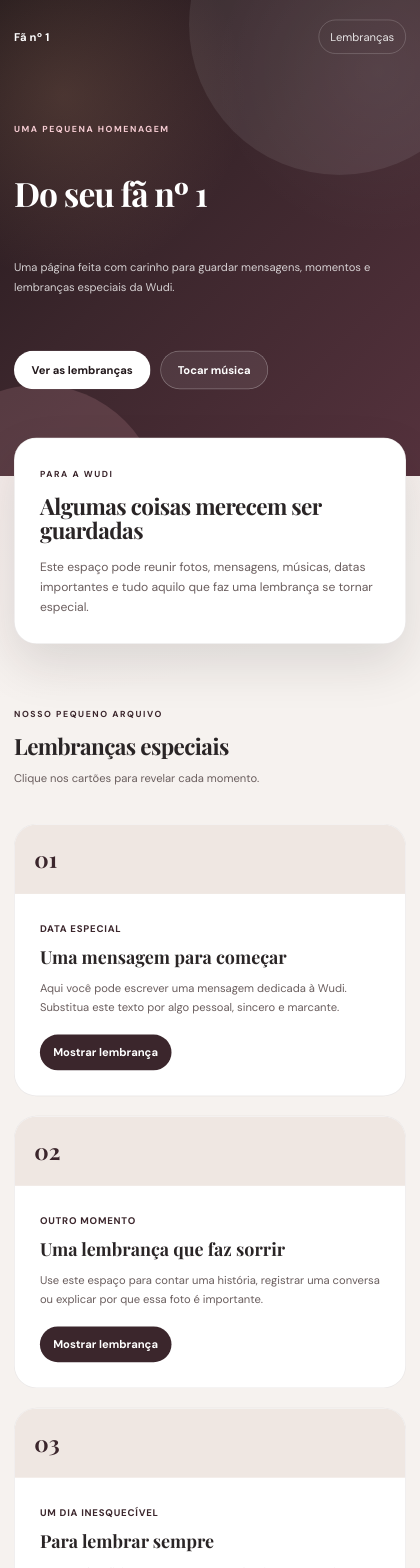
Repository: rrresck/do-seu-fa-numero-1
Page: index.html
These files come from the project's save history. The page is drawn as it stood at one moment and after the next save; the edit follows.
The browser window is 600 px wide. The pictures show the part of the page from y = 0 to 2240 px (the page is 3087 px tall before and 3132 px after), at 70% of full size.

Above is the page before, as saved 2026-07-24 15:40:25.

### index.html
<!DOCTYPE html>
<html lang="pt-BR">
<head>
    <meta charset="UTF-8">
    <meta
        name="viewport"
        content="width=device-width, initial-scale=1.0"
    >

    <meta
        name="description"
        content="Uma página especial feita para a Wudi, pelo seu fã número 1."
    >

    <title>Do seu fã número 1</title>

    <link rel="preconnect" href="https://fonts.googleapis.com">
    <link rel="preconnect" href="https://fonts.gstatic.com" crossorigin>

    <link
        href="https://fonts.googleapis.com/css2?family=DM+Sans:wght@400;500;600;700&family=Playfair+Display:wght@600;700&display=swap"
        rel="stylesheet"
    >

    <link rel="stylesheet" href="css/styles.css">
</head>

<body>
    <header class="hero">
        <nav class="navigation container">
            <a href="#inicio" class="logo">
                Fã nº 1
            </a>

            <a href="#lembrancas" class="navigation-link">
                Lembranças
            </a>
        </nav>

        <div class="hero-content container" id="inicio">
            <span class="eyebrow">Uma pequena homenagem</span>

            <h1>Do seu fã nº 1</h1>

            <p class="hero-description">
                Uma página feita com carinho para guardar mensagens,
                momentos e lembranças especiais da Wudi.
            </p>

            <div class="hero-actions">
                <a href="#lembrancas" class="button button-primary">
                    Ver as lembranças
                </a>

                <button
                    type="button"
                    class="button button-secondary"
                    id="musicButton"
                    aria-pressed="false"
                >
                    Tocar música
                </button>
            </div>
        </div>

        <div class="hero-decoration" aria-hidden="true">
            <span>✦</span>
            <span>♡</span>
            <span>✦</span>
        </div>
    </header>

    <main>
        <section class="intro-section container">
            <div class="intro-card">
                <span class="section-label">Para a Wudi</span>

                <h2>Algumas coisas merecem ser guardadas</h2>

                <p>
                    Este espaço pode reunir fotos, mensagens, músicas,
                    datas importantes e tudo aquilo que faz uma lembrança
                    se tornar especial.
                </p>
            </div>
        </section>

        <section
            class="memories-section container"
            id="lembrancas"
        >
            <div class="section-heading">
                <span class="section-label">Nosso pequeno arquivo</span>
                <h2>Lembranças especiais</h2>
                <p>
                    Clique nos cartões para revelar cada momento.
                </p>
            </div>

            <div class="memories-grid">
                <article class="memory-card">
                    <div class="memory-number">01</div>

                    <div class="memory-content">
                        <time datetime="2026-01-01">
                            Data especial
                        </time>

                        <h3>Uma mensagem para começar</h3>

                        <p>
                            Aqui você pode escrever uma mensagem dedicada
                            à Wudi. Substitua este texto por algo pessoal,
                            sincero e marcante.
                        </p>

                        <button
                            type="button"
                            class="reveal-button"
                            data-target="memoryImage1"
                        >
                            Mostrar lembrança
                        </button>

                        <div
                            class="memory-image-wrapper"
                            id="memoryImage1"
                            hidden
                        >
                            <img
                                src="img/foto-1.jpg"
                                alt="Primeira lembrança dedicada à Wudi"
                            >
                        </div>
                    </div>
                </article>

                <article class="memory-card">
                    <div class="memory-number">02</div>

                    <div class="memory-content">
                        <time datetime="2026-01-02">
                            Outro momento
                        </time>

                        <h3>Uma lembrança que faz sorrir</h3>

                        <p>
                            Use este espaço para contar uma história,
                            registrar uma conversa ou explicar por que
                            essa foto é importante.
                        </p>

                        <button
                            type="button"
                            class="reveal-button"
                            data-target="memoryImage2"
                        >
                            Mostrar lembrança
                        </button>

                        <div
                            class="memory-image-wrapper"
                            id="memoryImage2"
                            hidden
                        >
                            <img
                                src="img/foto-2.jpg"
                                alt="Segunda lembrança dedicada à Wudi"
                            >
                        </div>
                    </div>
                </article>

                <article class="memory-card">
                    <div class="memory-number">03</div>

                    <div class="memory-content">
                        <time datetime="2026-01-03">
                            Um dia inesquecível
                        </time>

                        <h3>Para lembrar sempre</h3>

                        <p>
                            Você pode adicionar quantos cartões desejar.
                            Basta copiar este bloco e alterar o texto,
                            a data e o endereço da imagem.
                        </p>

                        <button
                            type="button"
                            class="reveal-button"
                            data-target="memoryImage3"
                        >
                            Mostrar lembrança
                        </button>

                        <div
                            class="memory-image-wrapper"
                            id="memoryImage3"
                            hidden
                        >
                            <img
                                src="img/foto-3.jpg"
                                alt="Terceira lembrança dedicada à Wudi"
                            >
                        </div>
                    </div>
                </article>
            </div>
        </section>

        <section class="closing-section">
            <div class="container">
                <div class="closing-card">
                    <span class="closing-symbol" aria-hidden="true">
                        ♡
                    </span>

                    <h2>Feito para a Wudi</h2>

                    <p>
                        Porque algumas pessoas merecem páginas inteiras,
                        não apenas mensagens rápidas.
                    </p>

                    <span class="signature">
                        — Do seu fã número 1
                    </span>
                </div>
            </div>
        </section>
    </main>

    <footer>
        <div class="container footer-content">
            <p>
                Feito com carinho para a Wudi.
            </p>

            <a href="#inicio">
                Voltar ao início
            </a>
        </div>
    </footer>

    <audio id="backgroundMusic" loop>
        <source src="audio/musica.mp3" type="audio/mpeg">
    </audio>

    <script src="script.js"></script>
</body>
</html>

### css/styles.css
:root{
    --background:#F6F2EF;
    --surface:#FFFFFF;
    --surface-soft:#EFE7E2;

    --primary:#3B262C;
    --primary-dark:#22181B;

    --accent:#B78969;

    --text:#2A2526;
    --text-soft:#6A5E5E;

    --border:rgba(59,38,44,.10);

    --shadow:
        0 30px 70px rgba(34,24,27,.12);

    --radius-large:32px;
    --radius-medium:20px;
    --radius-small:12px;

    --container:1180px;
}

* {
    box-sizing: border-box;
    margin: 0;
    padding: 0;
}

html {
    scroll-behavior: smooth;
}

body {
    min-height: 100vh;
    overflow-x: hidden;
    background:
        radial-gradient(
            circle at top left,
            rgba(217, 154, 164, 0.22),
            transparent 32%
        ),
        var(--background);
    color: var(--text);
    font-family: "DM Sans", sans-serif;
    line-height: 1.7;
}

img {
    display: block;
    width: 100%;
    height: auto;
}

button,
a {
    font: inherit;
}

button {
    cursor: pointer;
}

a {
    color: inherit;
    text-decoration: none;
}

.container {
    width: min(calc(100% - 40px), var(--container));
    margin-inline: auto;
}

.hero{

    position:relative;

    min-height:780px;

    overflow:hidden;

    color:white;

    background:

    radial-gradient(
        circle at 15% 20%,
        rgba(183,137,105,.22),
        transparent 35%
    ),

    radial-gradient(
        circle at 90% 15%,
        rgba(255,255,255,.05),
        transparent 30%
    ),

    linear-gradient(
        135deg,
        #22181B 0%,
        #3B262C 45%,
        #55323D 100%
    );

}

.hero::before,
.hero::after {
    position: absolute;
    border-radius: 50%;
    content: "";
    pointer-events: none;
}

.hero::before {
    width: 430px;
    height: 430px;
    top: -180px;
    right: -100px;
    background: rgba(255, 255, 255, 0.08);
}

.hero::after {
    width: 350px;
    height: 350px;
    bottom: -220px;
    left: -120px;
    background: rgba(217, 154, 164, 0.18);
}

.navigation {
    position: relative;
    z-index: 2;
    display: flex;
    align-items: center;
    justify-content: space-between;
    padding-block: 28px;
}

.logo {
    font-weight: 700;
    letter-spacing: 0.02em;
}

.navigation-link {
    padding: 10px 16px;
    border: 1px solid rgba(255, 255, 255, 0.25);
    border-radius: 999px;
    color: rgba(255, 255, 255, 0.86);
    transition:
        background-color 180ms ease,
        color 180ms ease;
}

.navigation-link:hover {
    background: #ffffff;
    color: var(--primary-dark);
}

.hero-content{

    position:relative;

    z-index:2;

    display:grid;

    grid-template-columns:
        1.15fr
        .85fr;

    align-items:center;

    gap:70px;

    min-height:620px;

    max-width:var(--container);

}

.hero-copy{

    max-width:720px;

}

.hero-photo{

    position:relative;

    margin:0;

    padding:14px;

    border-radius:30px;

    background:
        rgba(255,255,255,.08);

    backdrop-filter:blur(8px);

    box-shadow:
        0 35px 80px rgba(0,0,0,.35);

    transform:rotate(2deg);

    transition:.4s;

}

.hero-photo:hover{

    transform:
        rotate(0deg)
        translateY(-6px);

}

.hero-photo img{

    display:block;

    width:100%;

    aspect-ratio:4/5;

    object-fit:cover;

    border-radius:22px;

}

.hero-photo figcaption{

    padding-top:14px;

    text-align:center;

    color:rgba(255,255,255,.75);

    font-style:italic;

}

.eyebrow,
.section-label {
    display: inline-block;
    margin-bottom: 16px;
    font-size: 0.78rem;
    font-weight: 700;
    letter-spacing: 0.18em;
    text-transform: uppercase;
}

.eyebrow {
    color: #f6ccd3;
}

.hero-copy {
    min-width: 0;
}

.hero h1{

    max-width:none;

    font-family:
        "Playfair Display",
        serif;

    font-size:
        clamp(
            3rem,
            6vw,
            6rem
        );

    line-height:1;

    letter-spacing:-.03em;

}

.hero-photo {
    position: relative;
    margin: 0;
    padding: 14px;
    border-radius: 30px;
    background: rgba(255, 255, 255, 0.12);
    transform: rotate(2deg);
}

.hero-photo::before {
    position: absolute;
    inset: -25px;
    z-index: -1;
    border-radius: 40px;
    background: rgba(217, 154, 164, 0.18);
    filter: blur(28px);
    content: "";
}

.hero-photo img {
    aspect-ratio: 4 / 5;
    border-radius: 22px;
    object-fit: cover;
}

.hero-photo figcaption {
    padding: 14px 8px 4px;
    color: rgba(255, 255, 255, 0.72);
    font-family: "Playfair Display", serif;
    font-size: 0.95rem;
    text-align: center;
}

.hero-description {
    max-width: 650px;
    margin-top: 28px;
    color: rgba(255, 255, 255, 0.78);
    font-size: clamp(1rem, 2vw, 1.25rem);
}

.hero-actions {
    display: flex;
    flex-wrap: wrap;
    gap: 14px;
    margin-top: 38px;
}

.button {
    display: inline-flex;
    min-height: 52px;
    align-items: center;
    justify-content: center;
    padding: 13px 24px;
    border: 1px solid transparent;
    border-radius: 999px;
    font-weight: 700;
    transition:
        transform 180ms ease,
        background-color 180ms ease,
        border-color 180ms ease;
}

.button:hover {
    transform: translateY(-2px);
}

.button-primary {
    background: #ffffff;
    color: var(--primary-dark);
}

.button-secondary {
    border-color: rgba(255, 255, 255, 0.3);
    background: rgba(255, 255, 255, 0.08);
    color: #ffffff;
}

.button-secondary:hover {
    background: rgba(255, 255, 255, 0.15);
}

.hero-decoration {
    position: absolute;
    right: 7%;
    bottom: 8%;
    z-index: 1;
    display: flex;
    gap: 22px;
    color: rgba(255, 255, 255, 0.2);
    font-size: 2rem;
}

.intro-section {
    position: relative;
    z-index: 3;
    margin-top: -85px;
}

.intro-card {
    padding: clamp(32px, 6vw, 64px);
    border: 1px solid var(--border);
    border-radius: var(--radius-large);
    background: var(--surface);
    box-shadow: var(--shadow);
}

.section-label {
    color: var(--primary);
}

.intro-card h2,
.section-heading h2,
.closing-card h2 {
    font-family: "Playfair Display", serif;
    font-size: clamp(2rem, 5vw, 3.7rem);
    line-height: 1.1;
    letter-spacing: -0.025em;
}

.intro-card p {
    max-width: 760px;
    margin-top: 20px;
    color: var(--text-soft);
    font-size: 1.08rem;
}

.memories-section {
    padding-block: 120px;
}

.section-heading {
    max-width: 700px;
    margin-bottom: 52px;
}

.section-heading p {
    margin-top: 16px;
    color: var(--text-soft);
}

.memories-grid {
    display: grid;
    gap: 28px;
}

.memory-card {
    display: grid;
    grid-template-columns: 110px 1fr;
    overflow: hidden;
    border: 1px solid var(--border);
    border-radius: var(--radius-large);
    background: var(--surface);
    transition:
        transform 200ms ease,
        box-shadow 200ms ease;
}

.memory-card:hover {
    transform: translateY(-4px);
    box-shadow: var(--shadow);
}

.memory-number {
    display: flex;
    align-items: flex-start;
    justify-content: center;
    padding-top: 42px;
    background: var(--surface-soft);
    color: var(--primary);
    font-family: "Playfair Display", serif;
    font-size: 2rem;
    font-weight: 700;
}

.memory-content {
    padding: clamp(28px, 6vw, 52px);
}

.memory-content time {
    display: inline-block;
    margin-bottom: 12px;
    color: var(--primary);
    font-size: 0.86rem;
    font-weight: 700;
    letter-spacing: 0.08em;
    text-transform: uppercase;
}

.memory-content h3 {
    font-family: "Playfair Display", serif;
    font-size: clamp(1.6rem, 4vw, 2.35rem);
    line-height: 1.2;
}

.memory-content p {
    max-width: 760px;
    margin-top: 16px;
    color: var(--text-soft);
}

.reveal-button {
    margin-top: 26px;
    padding: 12px 19px;
    border: 0;
    border-radius: 999px;
    background: var(--primary);
    color: #ffffff;
    font-weight: 700;
    transition:
        background-color 180ms ease,
        transform 180ms ease;
}

.reveal-button:hover {
    transform: translateY(-2px);
    background: var(--primary-dark);
}

.memory-image-wrapper {
    margin-top: 28px;
    overflow: hidden;
    border-radius: var(--radius-medium);
    background: var(--surface-soft);
    animation: revealImage 350ms ease;
}

.memory-image-wrapper img {
    max-height: 680px;
    object-fit: cover;
}

.closing-section {
    padding-bottom: 120px;
}

.closing-card {
    padding: clamp(42px, 8vw, 82px);
    border-radius: var(--radius-large);
    background: var(--primary-dark);
    color: #ffffff;
    text-align: center;
}

.closing-symbol {
    display: block;
    margin-bottom: 20px;
    color: #f4bdc7;
    font-size: 2.4rem;
}

.closing-card p {
    max-width: 620px;
    margin: 20px auto 0;
    color: rgba(255, 255, 255, 0.75);
}

.signature {
    display: block;
    margin-top: 28px;
    color: #f4bdc7;
    font-family: "Playfair Display", serif;
    font-size: 1.15rem;
}

footer {
    border-top: 1px solid var(--border);
    background: var(--surface);
}

.footer-content {
    display: flex;
    align-items: center;
    justify-content: space-between;
    gap: 20px;
    padding-block: 30px;
    color: var(--text-soft);
    font-size: 0.92rem;
}

.footer-content a {
    color: var(--primary);
    font-weight: 700;
}

@keyframes revealImage {
    from {
        opacity: 0;
        transform: translateY(12px);
    }

    to {
        opacity: 1;
        transform: translateY(0);
    }
}

@media (max-width: 720px) {
    .hero {
        min-height: 680px;
    }

    .hero-content {
        min-height: 500px;
    }

    .hero-decoration {
        display: none;
    }

    .intro-section {
        margin-top: -55px;
    }

    .memories-section {
        padding-block: 85px;
    }

    .memory-card {
        grid-template-columns: 1fr;
    }

    .memory-number {
        justify-content: flex-start;
        padding: 22px 28px;
    }

    .footer-content {
        flex-direction: column;
        align-items: flex-start;
    }

    .hero-content {
        grid-template-columns: 1fr;
        gap: 40px;
        padding-block: 70px 120px;
    }

    .hero-photo {
        width: min(100%, 420px);
        margin-inline: auto;
        transform: rotate(1deg);
    }
}

@media (max-width: 480px) {
    .container {
        width: min(calc(100% - 28px), var(--container));
    }

    .navigation {
        padding-block: 20px;
    }

    .navigation-link {
        display: none;
    }

    .hero-actions {
        width: 100%;
        flex-direction: column;
    }

    .button {
        width: 100%;
    }

    .intro-card,
    .closing-card {
        border-radius: 24px;
    }

    .memory-card {
        border-radius: 24px;
    }
}

### script.js
"use strict";

const revealButtons = document.querySelectorAll(".reveal-button");
const musicButton = document.querySelector("#musicButton");
const backgroundMusic = document.querySelector("#backgroundMusic");

revealButtons.forEach((button) => {
    button.addEventListener("click", () => {
        const targetId = button.dataset.target;
        const imageWrapper = document.getElementById(targetId);

        if (!imageWrapper) {
            return;
        }

        const isHidden = imageWrapper.hidden;

        imageWrapper.hidden = !isHidden;
        button.textContent = isHidden
            ? "Esconder lembrança"
            : "Mostrar lembrança";

        button.setAttribute(
            "aria-expanded",
            String(isHidden)
        );
    });
});

musicButton.addEventListener("click", async () => {
    try {
        if (backgroundMusic.paused) {
            await backgroundMusic.play();

            musicButton.textContent = "Pausar música";
            musicButton.setAttribute("aria-pressed", "true");
        } else {
            backgroundMusic.pause();

            musicButton.textContent = "Tocar música";
            musicButton.setAttribute("aria-pressed", "false");
        }
    } catch (error) {
        musicButton.textContent = "Não foi possível tocar";

        console.error(
            "Erro ao reproduzir a música:",
            error
        );
    }
});

After the next save:
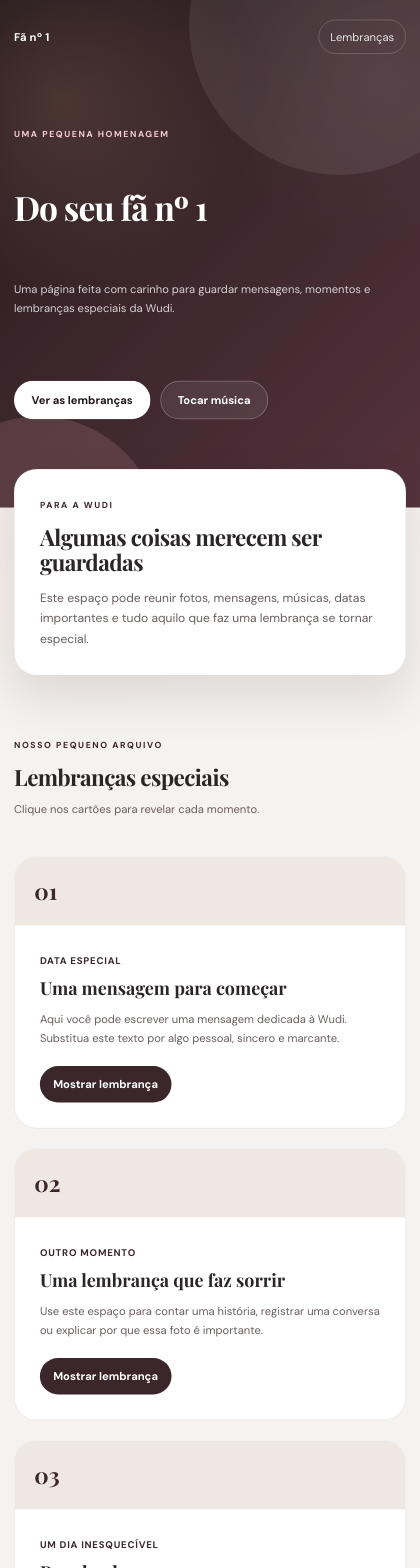
Saved 2 min 44 s later.
--- a/css/styles.css
+++ b/css/styles.css
@@ -1,4 +1,4 @@
-:root{
+:root {
     --background:#F6F2EF;
     --surface:#FFFFFF;
     --surface-soft:#EFE7E2;
@@ -73,7 +73,7 @@ a {
     margin-inline: auto;
 }
 
-.hero{
+.hero {
 
     position:relative;
 
@@ -159,7 +159,7 @@ a {
     color: var(--primary-dark);
 }
 
-.hero-content{
+.hero-content {
 
     position:relative;
 
@@ -178,70 +178,6 @@ a {
     min-height:620px;
 
     max-width:var(--container);
-
-}
-
-.hero-copy{
-
-    max-width:720px;
-
-}
-
-.hero-photo{
-
-    position:relative;
-
-    margin:0;
-
-    padding:14px;
-
-    border-radius:30px;
-
-    background:
-        rgba(255,255,255,.08);
-
-    backdrop-filter:blur(8px);
-
-    box-shadow:
-        0 35px 80px rgba(0,0,0,.35);
-
-    transform:rotate(2deg);
-
-    transition:.4s;
-
-}
-
-.hero-photo:hover{
-
-    transform:
-        rotate(0deg)
-        translateY(-6px);
-
-}
-
-.hero-photo img{
-
-    display:block;
-
-    width:100%;
-
-    aspect-ratio:4/5;
-
-    object-fit:cover;
-
-    border-radius:22px;
-
-}
-
-.hero-photo figcaption{
-
-    padding-top:14px;
-
-    text-align:center;
-
-    color:rgba(255,255,255,.75);
-
-    font-style:italic;
 
 }
 
@@ -261,9 +197,10 @@ a {
 
 .hero-copy {
     min-width: 0;
-}
-
-.hero h1{
+    max-width: 720px;
+}
+
+.hero h1 {
 
     max-width:none;
 
@@ -289,8 +226,15 @@ a {
     margin: 0;
     padding: 14px;
     border-radius: 30px;
-    background: rgba(255, 255, 255, 0.12);
+    background: rgba(255, 255, 255, 0.08);
+    backdrop-filter: blur(8px);
+    box-shadow: 0 35px 80px rgba(0, 0, 0, 0.35);
     transform: rotate(2deg);
+    transition: transform 400ms ease;
+}
+
+.hero-photo:hover {
+    transform: rotate(0deg) translateY(-6px);
 }
 
 .hero-photo::before {
@@ -304,6 +248,8 @@ a {
 }
 
 .hero-photo img {
+    display: block;
+    width: 100%;
     aspect-ratio: 4 / 5;
     border-radius: 22px;
     object-fit: cover;
@@ -311,9 +257,10 @@ a {
 
 .hero-photo figcaption {
     padding: 14px 8px 4px;
-    color: rgba(255, 255, 255, 0.72);
+    color: rgba(255, 255, 255, 0.75);
     font-family: "Playfair Display", serif;
     font-size: 0.95rem;
+    font-style: italic;
     text-align: center;
 }
 
@@ -585,10 +532,6 @@ footer {
         min-height: 680px;
     }
 
-    .hero-content {
-        min-height: 500px;
-    }
-
     .hero-decoration {
         display: none;
     }
